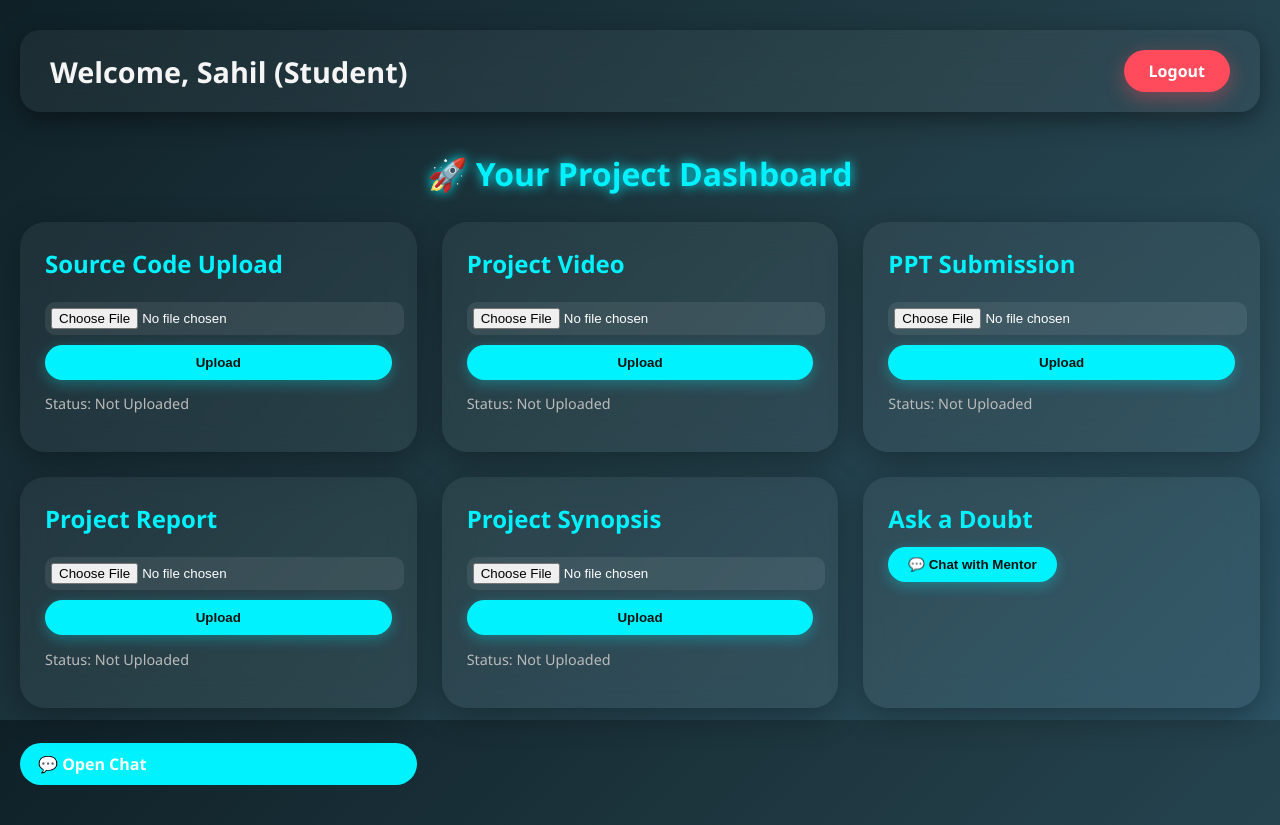
Repository: vijayholve/Project-management-
Page: http://localhost/student_dashboard
The author's editor kept a copy of each file at every save. The page is drawn from the files as they stood at one save, then again after the next save.
The browser window is 1280 px wide. The pictures show the whole page.
Backgrounds fixed to the window are drawn as part of the page. The page is served by the project's application, run on Flask 3 (app.py). The user the application loads for id 1 is signed in. The session is filled in as if someone had signed in: {"user_id": 1, "role": "admin", "username": "Test User"}. The page reads the database file committed with the project. Queries for data that is not in the repository find no rows.

Above is the page before, as saved 2025-10-03 10:51:08.

### templates/student_dashboard.html
<!DOCTYPE html>
<html lang="en">
<head>
  <meta charset="UTF-8" />
  <title>Student Dashboard</title>
  <link rel="stylesheet" href="{{ url_for('static', filename='css/student_dashboard.css') }}">
</head>
<body>
  <div class="container">

    <div class="main-content">

      <header>
        <div class="header-left">
          <h1>Welcome, {{ user.name }} (Student)</h1>
        </div>
        <a href="{{ url_for('logout') }}" class="logout-btn">Logout</a>
      </header>

      <main>

        <section class="hero">
          <h2>🚀 Your Project Dashboard</h2>
        </section>

        <div class="dashboard-grid">

          <!-- Project Source Code Card -->
         <!-- Source Code Upload (.zip) -->
        <div class="card">
        <h2>Source Code Upload</h2>
        <form onsubmit="uploadFile(event, '/upload_source_code', 'source_code', 'sourceStatus')" enctype="multipart/form-data">
        <input type="file" name="source_code" accept=".zip" required>
        <button type="submit">Upload</button>
        </form>
        <p class="status" id="sourceStatus">Status: {{ user.source_code_status or 'Not Uploaded' }}</p>
        </div>

          <!-- Project Video Card -->
          <div class="card">
            <h2>Project Video</h2>
            <form onsubmit="uploadFile(event, '/upload_video', 'video', 'videoStatus')" enctype="multipart/form-data">
              <input type="file" name="video" accept=".mp4" required>
              <button type="submit">Upload</button>
            </form>
            <p class="status" id="videoStatus">Status: {{ user.video_status or 'Not Uploaded' }}</p>
          </div>

          <!-- PPT Card -->
           <!-- PPT Upload (.ppt, .pptx) -->
          <div class="card">
            <h2>PPT Submission</h2>
            <form onsubmit="uploadFile(event, '/upload_ppt', 'ppt', 'pptStatus')" enctype="multipart/form-data">
              <input type="file" name="ppt" accept=".ppt,.pptx" required>
              <button type="submit">Upload</button>
            </form>
            <p class="status" id="pptStatus">Status: {{ user.ppt_status or 'Not Uploaded' }}</p>
          </div>


          <!-- Project Report Card -->
          <!-- Project Report Upload (.pdf) -->
         <div class="card">
         <h2>Project Report</h2>
        <form onsubmit="uploadFile(event, '/upload_report', 'report', 'reportStatus')" enctype="multipart/form-data">
        <input type="file" name="report" accept=".pdf" required>
        <button type="submit">Upload</button>
        </form>
        <p class="status" id="reportStatus">Status: {{ user.report_status or 'Not Uploaded' }}</p>
        </div>

          <!-- Project Synopsis Card -->
          <!-- Project Synopsis Upload (.pdf) -->
        <div class="card">
        <h2>Project Synopsis</h2>
        <form onsubmit="uploadFile(event, '/upload_synopsis', 'synopsis', 'synopsisStatus')" enctype="multipart/form-data">
        <input type="file" name="synopsis" accept=".pdf" required>
        <button type="submit">Upload</button>
        </form>
        <p class="status" id="synopsisStatus">Status: {{ user.synopsis_status or 'Not Uploaded' }}</p>
         </div>

         <!-- Doubt/Chat Card -->
<!-- Doubt / Chat Card -->
<div class="card chat-card" id="chatCard">
  <h2>Ask a Doubt</h2>

  <!-- Toggle Button -->
  <button type="button" id="toggleChat" class="toggle-chat-btn">
    💬 Chat with Mentor
  </button>

  <!-- Chat body – hidden until the button is pressed -->
  <div class="chat-body" id="chatBody">
    <div class="chat-box" style="max-height: 300px; overflow-y: auto;">
      {% for msg in messages %}
        <div class="message" style="margin-bottom: 10px;">
          <strong>
            {% if msg.student_id == user.id %}
              You:
            {% else %}
              Mentor:
            {% endif %}
          </strong> {{ msg.content }}
          <br>
          <small>{{ msg.timestamp.strftime('%Y-%m-%d %H:%M') }}</small>
        </div>
      {% else %}
        <div class="message">No messages yet.</div>
      {% endfor %}
    </div>

    {% if user.mentor_id %}
    <form action="/send_message" method="POST" style="margin-top: 10px;">
      <input type="hidden" name="mentor_id" value="{{ user.mentor_id }}">
      <textarea name="message" placeholder="Type your message here..." required></textarea>
      <button type="submit">Send</button>
    </form>
  </div>
</div>
<a href="{{ url_for('student_chat', mentor_id=user.mentor_id) }}" class="card-link-btn">💬 Open Chat</a>
    {% else %}
    <div class="message" style="text-align: center; color: #666; margin-top: 10px;">
      <p>No mentor assigned yet. Please wait for an admin to assign you a mentor.</p>
    </div>
  </div>
</div>
    {% endif %}


        </div>
      </main>
    </div>

  </div>

  <script>
    function uploadFile(event, url, inputName, statusId) {
      event.preventDefault();
      const form = event.target;
      const fileInput = form.querySelector(`input[name="${inputName}"]`);
      const status = document.getElementById(statusId);

      if (!fileInput.files.length) {
        status.textContent = 'Status: No file selected ❌';
        return;
      }

      const formData = new FormData();
      formData.append(inputName, fileInput.files[0]);

      fetch(url, {
        method: 'POST',
        body: formData
      })
      .then(response => response.text())
      .then(data => {
        if (data === 'Success') {
          status.textContent = 'Status: Uploaded Successfully ✅';
        } else {
          status.textContent = 'Status: Upload Failed ❌';
        }
      })
      .catch(err => {
        status.textContent = 'Status: Upload Failed ❌';
      });
    }

     // Simple toggle for the chat box
  document.getElementById('toggleChat').addEventListener('click', () => {
    const body = document.getElementById('chatBody');
    body.style.display = body.style.display === 'none' || body.style.display === '' ? 'block' : 'none';
  });
  </script>
</body>
</html>

### instance/project_management.db (the tables this page reads, as SQL)
CREATE TABLE message (
	id INTEGER NOT NULL, 
	content TEXT, 
	student_id INTEGER, 
	mentor_id INTEGER, 
	timestamp DATETIME DEFAULT CURRENT_TIMESTAMP, 
	sender_role VARCHAR(10), 
	PRIMARY KEY (id), 
	FOREIGN KEY(student_id) REFERENCES user (id), 
	FOREIGN KEY(mentor_id) REFERENCES user (id)
);
INSERT INTO "message" VALUES
(1, 'hello mentor', 1, 4, '2025-10-03 05:14:22', 'student'),
(2, 'http://127.0.0.1:5000/mentor_dashboard



', 1, 4, '2025-10-03 05:19:16', 'mentor'),
(3, 'hii there
', 1, 4, '2025-10-03 05:22:57', 'student'),
(4, 'hii', 1, 4, '2025-10-03 05:25:09', 'mentor'),
(5, 'hii', 1, 4, '2025-10-04 09:26:16', 'mentor'),
(6, 'hii', 6, 4, '2025-10-04 09:30:07', 'mentor'),
(7, 'hiii', 6, 4, '2025-10-04 09:30:22', 'student');

CREATE TABLE user (
	id INTEGER NOT NULL, 
	name VARCHAR(100), 
	email VARCHAR(120) NOT NULL, 
	roll_number VARCHAR(20), 
	password VARCHAR(255) NOT NULL, 
	role VARCHAR(20), 
	is_active BOOLEAN, 
	mentor_id INTEGER, 
	PRIMARY KEY (id), 
	UNIQUE (email), 
	UNIQUE (roll_number), 
	FOREIGN KEY(mentor_id) REFERENCES user (id)
);
INSERT INTO "user" VALUES
(1, 'Sahil', 'sahil@gmail.com', '123', 'scrypt:32768:8:1$vmvfRjfXY9ikzYhB$c6fbca3b2371d69718292b29a23bf0eb95cb5bf849f862c2068a72f436b4379cd7746fc3946c468c9923bd25f79c479d0e42e724c45524ea4e9e7fd8e7cac2c1', 'student', 1, 4),
(2, 'System Administrator', 'admin@example.com', NULL, 'scrypt:32768:8:1$4HqKi5ot9oCc6bsO$72b6ef00c2189b9158ecc61fbf051c5f725dad65b5d33378913f59afe87af67901e83bc371bbb7f7a4f139fa20e6336d2aa01cacfe58a37b0e7c6a8c17688427', 'admin', 1, NULL),
(3, 'Dr. John Smith', 'john.smith@example.com', NULL, 'scrypt:32768:8:1$QflvknjyHmzXWMtZ$f980c3e2f1e8aa8a8df735080d33a8df1666c9f1135b576752e1ad8300cadd7043affcebcbc5b6659dd4efb6a87e9741fc1293efb0ab44d1399a1d9dc935a8f3', 'mentor', 1, NULL),
(4, 'Prof. Sarah Johnson', 'sarah.johnson@example.com', NULL, 'scrypt:32768:8:1$r0rpzn5TXgfvwRDS$0ec2e3a725582c3774fdda306aee6bad67a85b3d32366ba41b73b9edfd12708734bd17685af063cd10fe146f00c0fc0aaed095c0b6c463394fef592e1bb0d089', 'mentor', 1, NULL),
(5, 'Dr. Michael Brown', 'michael.brown@example.com', NULL, 'scrypt:32768:8:1$tRpnSYYosRsQIpG8$173fe666945a1e98e264a2e3f53dc0443c625562a87d1ef44660d86a51b837806f6190851048a70c3fbb0d7a688b9f510e1de58d76e2061e188e0026d582c2cf', 'mentor', 1, NULL),
(6, 'Test Student', 'student@example.com', 'STU001', 'scrypt:32768:8:1$DNzr1T7XPB4asGiE$c907366ad6fd04efae3fb1d5f571139b9edd5a5f4a9bd5256221d64db84a0b4003868f833cf81f2c606c7ce699e1f4ee514af70d8106cecc6794eeb1827eb485', 'student', 1, 4);

Loaded but not shown: static/css/student_dashboard.css (335 lines, source omitted); app.py (593 lines, source omitted)

After the next save:
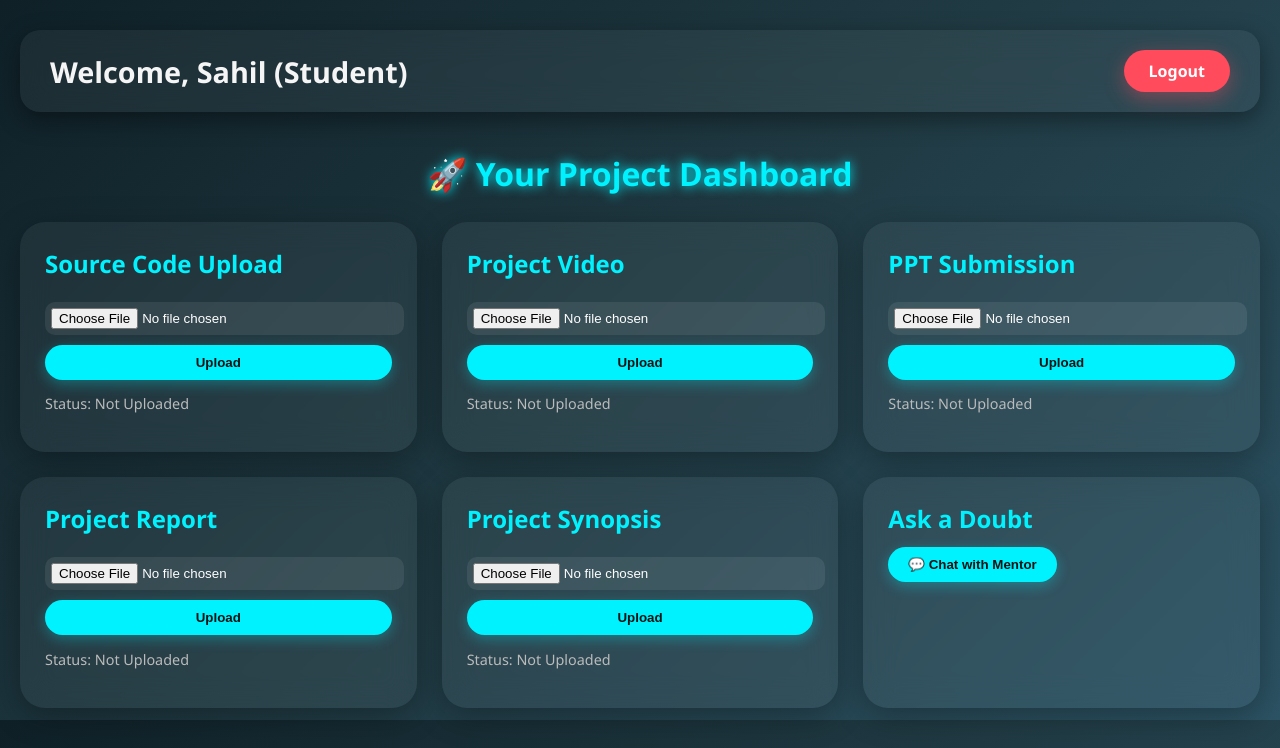
Saved 30 s later.
--- a/templates/student_dashboard.html
+++ b/templates/student_dashboard.html
@@ -110,23 +110,6 @@
       {% endfor %}
     </div>
 
-    {% if user.mentor_id %}
-    <form action="/send_message" method="POST" style="margin-top: 10px;">
-      <input type="hidden" name="mentor_id" value="{{ user.mentor_id }}">
-      <textarea name="message" placeholder="Type your message here..." required></textarea>
-      <button type="submit">Send</button>
-    </form>
-  </div>
-</div>
-<a href="{{ url_for('student_chat', mentor_id=user.mentor_id) }}" class="card-link-btn">💬 Open Chat</a>
-    {% else %}
-    <div class="message" style="text-align: center; color: #666; margin-top: 10px;">
-      <p>No mentor assigned yet. Please wait for an admin to assign you a mentor.</p>
-    </div>
-  </div>
-</div>
-    {% endif %}
-
 
         </div>
       </main>

After the save that followed:
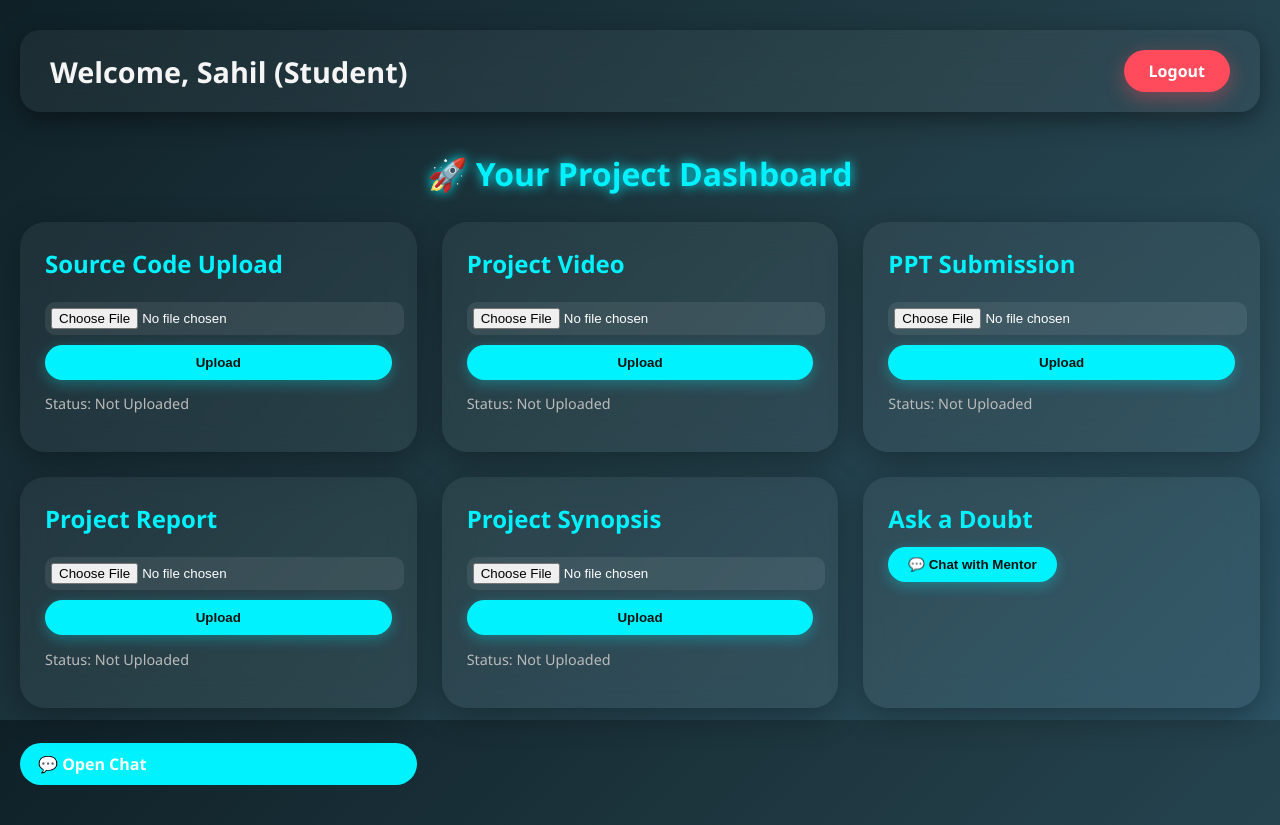
Saved 8 s later.
--- a/templates/student_dashboard.html
+++ b/templates/student_dashboard.html
@@ -110,6 +110,23 @@
       {% endfor %}
     </div>
 
+    {% if user.mentor_id %}
+    <form action="/send_message" method="POST" style="margin-top: 10px;">
+      <input type="hidden" name="mentor_id" value="{{ user.mentor_id }}">
+      <textarea name="message" placeholder="Type your message here..." required></textarea>
+      <button type="submit">Send</button>
+    </form>
+  </div>
+</div>
+<a href="{{ url_for('student_chat', mentor_id=user.mentor_id) }}" class="card-link-btn">💬 Open Chat</a>
+    {% else %}
+    <div class="message" style="text-align: center; color: #666; margin-top: 10px;">
+      <p>No mentor assigned yet. Please wait for an admin to assign you a mentor.</p>
+    </div>
+  </div>
+</div>
+    {% endif %}
+
 
         </div>
       </main>
